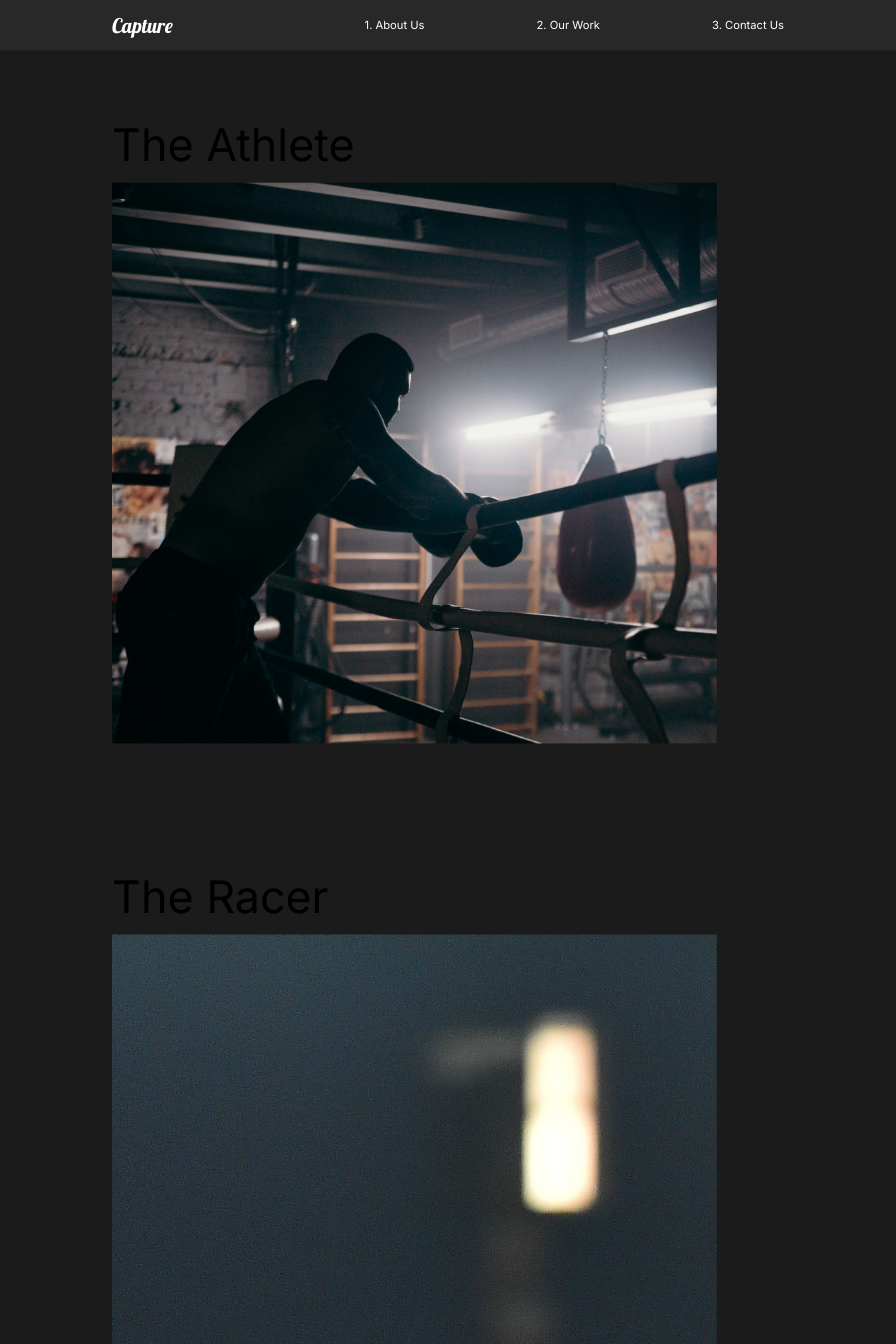
Repository: programmingwithlevi/capture
Page: /OurWork
An editor plug-in stored every save of this project. The page is shown before and after the next save, followed by the edit.
The browser window is 1280 px wide. The pictures show the part of the page from y = 0 to 1920 px (the page is 5628 px tall), at 70% of full size.
The project was rebuilt for these pictures with package versions that can differ from the ones it lists, and the page was loaded fresh each time. A package was used in the major version that the imports need, not the one package.json lists. Also part of the build but not shown: src/styles.js, src/components/AboutSection.js, src/components/ServicesSection.js, src/components/FaqSection.js, src/pages/AboutUs.js, src/pages/ContactUs.js.

Above is the page before, as saved 2021-12-04 23:31:47.

After the next save:
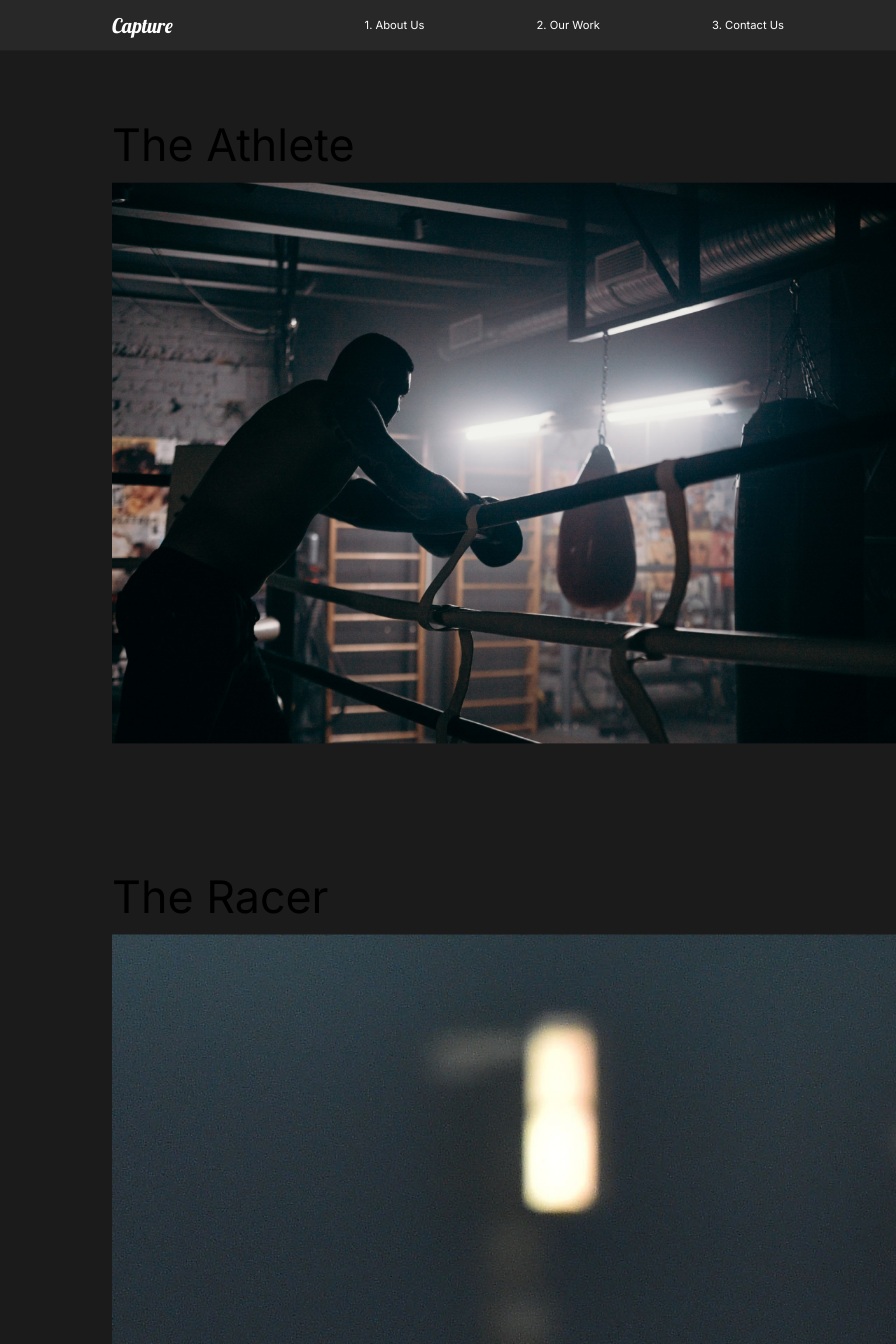
Saved 23 s later.
--- a/src/pages/OurWork.js
+++ b/src/pages/OurWork.js
@@ -32,7 +32,6 @@ const OurWork = () => {
 
 const Work = styled.div`
     min-height: 100vh;
-    max-width: 80%;
     overflow: hidden;
     padding: 5rem 10rem;
     h2{
